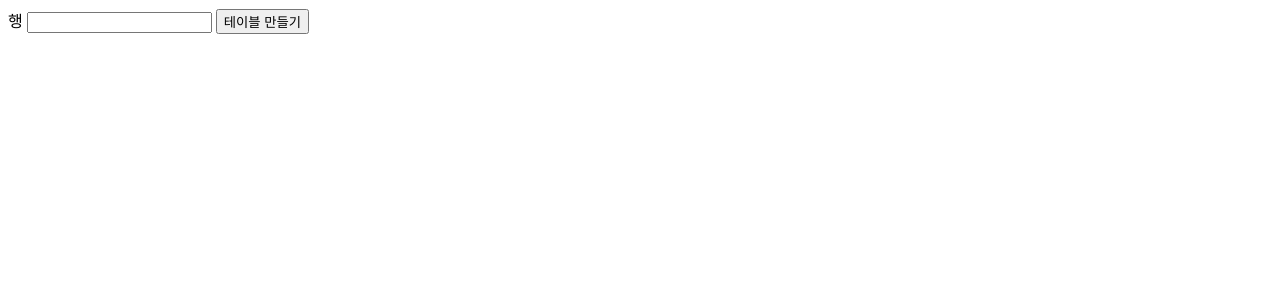
Repository: kuma2458/jsp
Page: http://localhost/step01/04_table_generator.jsp
An editor plug-in stored every save of this project. The page is shown before and after the next save, followed by the edit.
The browser window is 1280 px wide. The pictures show the whole page.
The page is served by Tomcat 9.

Above is the page before, as saved 2023-12-21 02:28:46.

### step01/src/main/webapp/04_table_generator.jsp
<%@ page language="java" contentType="text/html; charset=UTF-8"
    pageEncoding="UTF-8"%>
<!DOCTYPE html>
<html>
<head>
<meta charset="UTF-8">
<title>Insert title here</title>
</head>
<body>
	<form action="" method="post">
	<label for="row">행</label>
	<input type="number" name="row">
	<button>테이블 만들기</button>
	</form>
</body>
</html>

After the next save:
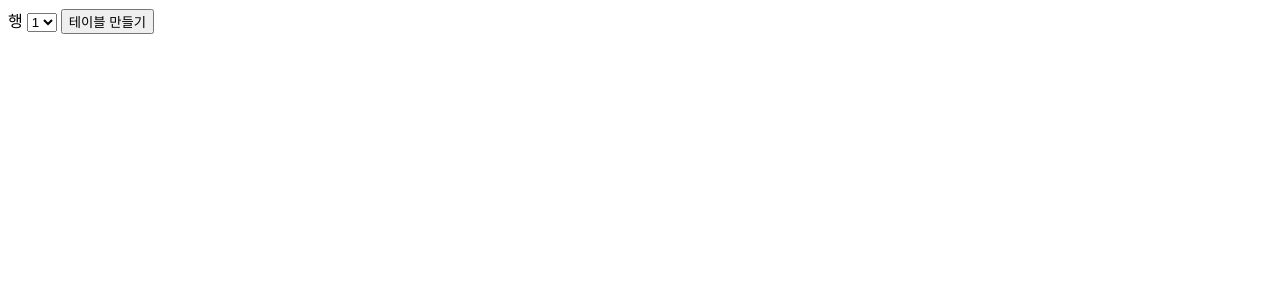
Saved 51 s later.
--- a/step01/src/main/webapp/04_table_generator.jsp
+++ b/step01/src/main/webapp/04_table_generator.jsp
@@ -9,7 +9,13 @@
 <body>
 	<form action="" method="post">
 	<label for="row">행</label>
-	<input type="number" name="row">
+	<select name="row">
+		<option value=1>1</option>
+		<option value=2>2</option>
+		<option value=3>3</option>
+		<option value=4>4</option>
+
+	</select>
 	<button>테이블 만들기</button>
 	</form>
 </body>
